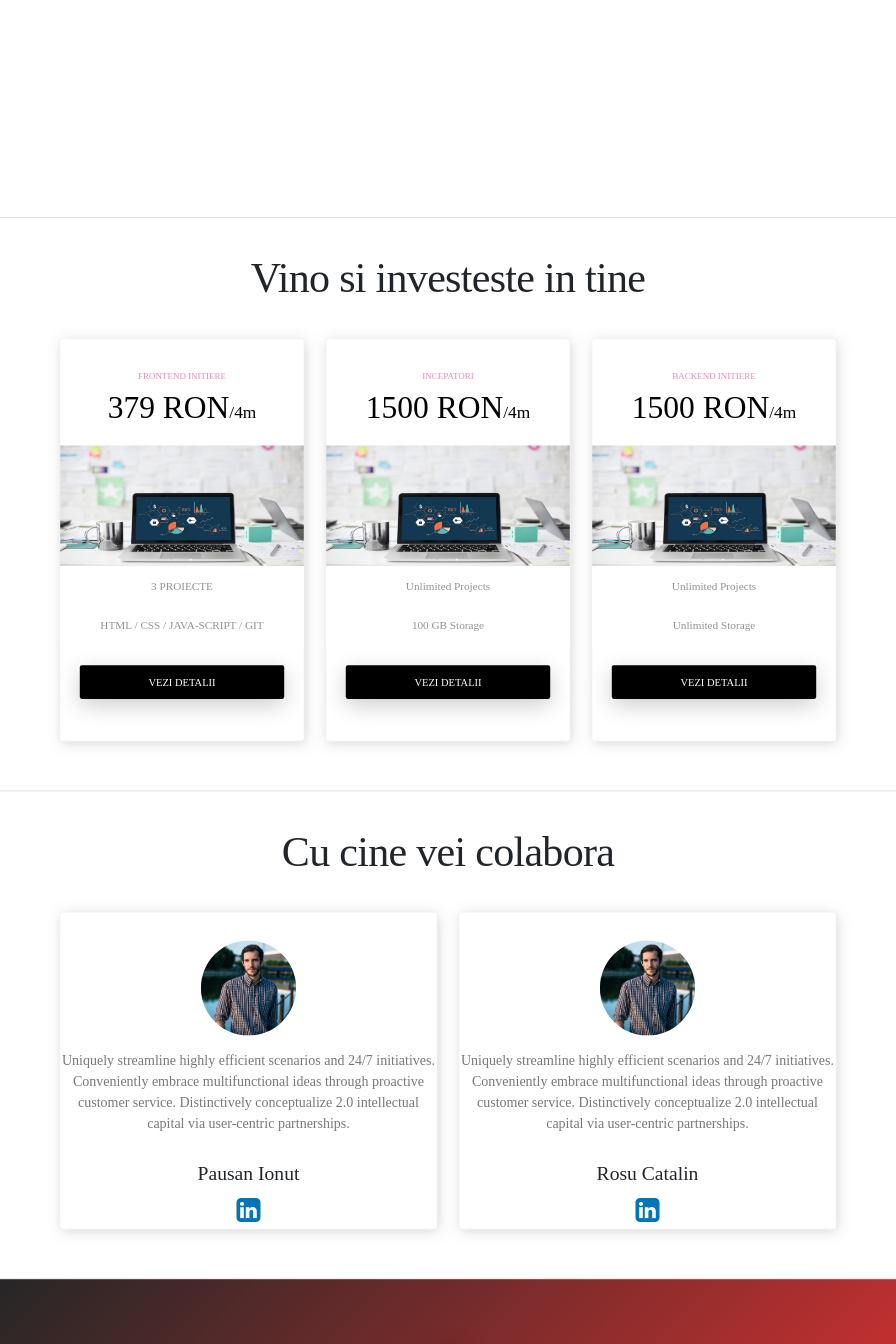
Repository: RosuCatalinDorin/ITSchool
Page: home-page/index.html
The author's editor kept a copy of each file at every save. The page is drawn from the files as they stood at one save, then again after the next save.
The browser window is 1280 px wide. The pictures show the part of the page from y = 649 to 2569 px (the page is 3556 px tall before and 3496 px after), at 70% of full size.
Some web libraries are served in a nearby version.

Above is the page before, as saved 2019-03-13 19:06:44.

### home-page/index.html
<!doctype html>
<html lang="en">


<head>
    <title>Speak Programming</title>
    <!-- Required meta tags -->
    <meta charset="utf-8">
    <meta name="viewport" content="width=device-width, initial-scale=1, shrink-to-fit=no">
    <meta name="description" content="Mobland - Mobile App Landing Page Template">
    <meta name="keywords" content="HTML5, bootstrap, mobile, app, landing, ios, android, responsive">
    <!-- Font -->

    <link rel="dns-prefetch" href="//fonts.googleapis.com">
     <!-- Bootstrap CSS -->
    <link rel="stylesheet" href="../css/bootstrap.min.css">
    <!-- Themify Icons -->
    <link rel="stylesheet" href="../css/themify-icons.css">
    <!-- Owl carousel -->
    <link rel="stylesheet" href="../css/owl.carousel.min.css">
    <link rel="stylesheet" href="../css/teamStyle.css">
    <link rel="stylesheet" href="../detaliiCurs/css/detalii-curs.css">
    <link rel="stylesheet" href="./home.css">



    <link rel="stylesheet" href="https://maxcdn.bootstrapcdn.com/font-awesome/4.5.0/css/font-awesome.min.css">

    <!-- Main css -->
    <link href="../css/style.css" rel="stylesheet">
    <link rel="shortcut icon" href="../images/partea_de_susLogo.png"/>
    <!-- jQuery and Bootstrap -->
    <script src="../js/jquery-3.2.1.min.js"></script>
    <script src="../js/bootstrap.bundle.min.js"></script>
    <!-- Plugins JS -->
    <script src="../js/owl.carousel.min.js"></script>
    <!-- Custom JS -->
    <script src="../js/script.js"></script>
    <script src="../js/fbLogin.js"></script>

</head>

<body data-spy="scroll" data-target="#navbar" data-offset="30">

    <!-- NAV BAR START-->
    <div class="nav-menu fixed-top">
        <div class="container">
            <div class="row">
                <div class="col-md-12">
                    <nav class="navbar navbar-dark navbar-expand-lg">
                        <a class="navbar-brand" href="index.html"><img src="../images/partea_de_susLogo.png" height="43" width="43" class="img-fluid" alt="logo"></a> <button class="navbar-toggler" type="button" data-toggle="collapse" data-target="#navbar" aria-controls="navbar" aria-expanded="false" aria-label="Toggle navigation"> <span class="navbar-toggler-icon"></span> </button>
                        <div class="collapse navbar-collapse" id="navbar">
                            <ul class="navbar-nav ml-auto">
                                <li class="nav-item"> <a class="nav-link active" href="#home">HOME <span class="sr-only">(current)</span></a> </li>
                                <li class="nav-item"> <a class="nav-link" href="#cursuri">CURSURI</a> </li>
                                <li class="nav-item"> <a class="nav-link" href="#aboutUS">DESPRE NOI</a> </li>
                                <li class="nav-item"> <a class="nav-link" href="#contact">CONTACT</a> </li>
                            </ul>
                        </div>
                    </nav>
                </div>
              </div>
         </div>
    </div>
<!-- NAV BAR END -->
    <!-- START HEADER -->
    <header  id="home" class="home-header">
        <div class="container mt-5">
            <h1 class="textClass"> Mesaj 1 (eu zic moto)</h1>
        </div>
        <div class="img-holder mt-3"><img src="../images/logo_partea_deJos.png" alt="phone" class="img-fluid">
            <p class="textClass">Mesaj 2 De ce am creat asta? O intrebare de genu</p>
        </div>
    </header>

    <!-- END HEADER -->

    <!-- SECTIUNE DESPRE NOI START -->

    <!-- DESPRE NOI END -->

<!-- SECTIUNE CURSURI START -->
    <div class="section section-home-curs" id="cursuri">
        <div class="container">
            <h1 class="text-center home-main-header">Vino si investeste in tine</h1>
            <div class="card-deck">
                <div class="card pricing">
                    <div class="card-head">
                        <small class="text-primary">FRONTEND INITIERE</small>
                        <span class="price">379 RON<sub>/4m</sub></span>
                    </div>
                    <div class="course-image-container">
                    </div>
                    <ul class="list-group list-group-flush">
                        <div class="list-group-item">3 PROIECTE</div>
                        <div class="list-group-item">HTML / CSS / JAVA-SCRIPT / GIT</div>
                    </ul>
                    <div class="card-body">
                        <a href="screens/curs.html" class="btn btn-primary btn-lg btn-block">Vezi detalii</a>
                    </div>
                </div>
                <div class="card pricing">
                    <div class="card-head">
                        <small class="text-primary">INCEPATORI</small>
                        <span class="price">1500 RON<sub>/4m</sub></span>
                    </div>
                    <div class="course-image-container">
                        </div>
                    <ul class="list-group list-group-flush">
                        <div class="list-group-item">Unlimited Projects</div>
                        <div class="list-group-item">100 GB Storage</div>
                    </ul>
                    <div class="card-body">
                        <a href="screens/curs.html" class="btn btn-primary btn-lg btn-block">Vezi detalii</a>
                    </div>
                </div>
                <div class="card pricing">
                    <div class="card-head">
                        <small class="text-primary">BACKEND INITIERE</small>
                        <span class="price">1500 RON<sub>/4m</sub></span>
                    </div>
                    <div class="course-image-container">
                        </div>
                    <ul class="list-group list-group-flush">
                        <div class="list-group-item">Unlimited Projects</div>
                        <div class="list-group-item">Unlimited Storage</div>
                    </ul>
                    <div class="card-body">
                        <a href="screens/curs.html" class="btn btn-primary btn-lg btn-block">Vezi detalii</a>
                    </div>
                </div>
            </div>
        </div>
    </div>
<!-- SECTIUNE CURSURI END -->


<!-- SECTIUNE TRAINER START-->

<div class="section section-home-trainer">
        <div class="container">
                <h1 class="text-center home-main-header">Cu cine vei colabora</h1>
                <div class="card-deck">
                    <div class="card pricing">
                        <div class="card-head">
                            <img src="../images/pozaIonutPausan.jpg" class="rounded-circle" alt="Cinque Terre" width="136" height="136">
                        </div>
                        <blockquote class="blockquote text-center">Uniquely streamline highly efficient scenarios and 24/7 initiatives. Conveniently embrace multifunctional ideas through proactive customer service. Distinctively conceptualize 2.0 intellectual capital via user-centric partnerships.</blockquote>
                        <ul class="list-group list-group-flush">
                            <h5 class="mt-4 mb-2 text-center">Pausan Ionut</h5>
                            <a target="_blank" href="https://www.linkedin.com/in/ionut-adrian-pausan-3a7300137/" class="btn"> <i class="fa fa-linkedin-square" style="font-size:40px; color:#0077B5"></i>  </a>
                        </ul>
                    </div>
                    <div class="card pricing">
                            <div class="card-head">
                                <img src="../images/pozaIonutPausan.jpg" class="rounded-circle" alt="Cinque Terre" width="136" height="136">
                            </div>
                            <blockquote class="blockquote text-center ">Uniquely streamline highly efficient scenarios and 24/7 initiatives. Conveniently embrace multifunctional ideas through proactive customer service. Distinctively conceptualize 2.0 intellectual capital via user-centric partnerships.</blockquote>
                            <ul class="list-group list-group-flush">
                                <h5 class="mt-4 mb-2 text-center">Rosu Catalin</h5>
                                <a target="_blank" href="https://www.linkedin.com/in/ro%C8%99u-c%C4%83t%C4%83lin-dorin-872322112/" class="btn"> <i class="fa fa-linkedin-square" style="font-size:40px; color:#0077B5"></i>  </a>
                            </ul>
                        </div>
                </div>
            </div>
</div>

<!-- SECTIUNE TRAINER END -->

    <div class="section bg-gradient" id ="aboutUS">
        <div class="container">
            <div class="call-to-action">
                <div class="box-icon"><span class="ti-mobile gradient-fill ti-3x"></span></div>
                <h2>Download Anywhere</h2>
                <p class="tagline">Available for all major mobile and desktop platforms. Rapidiously visualize optimal ROI rather than enterprise-wide methods of empowerment. </p>
                <div class="my-4">
                    <a href="#" class="btn btn-light"><img src="../images/appleicon.png" alt="icon"> App Store</a>
                    <a href="#" class="btn btn-light"><img src="../images/playicon.png" alt="icon"> Google play</a>
                </div>
                <p class="text-primary"><small><i>*Works on iOS 10.0.5+, Android Kitkat and above. </i></small></p>
            </div>
        </div>
    </div>


    <!-- START FOOTER -->
    <footer class="footer">
            <div class="footer-container">
                <div class="footer-row">
                    <div class="social-media">
                        <h1>Contacteaza-ne pe:</h1>
                        <p class="social-media-paragraph">Speak programming:
                            <span>contact@speakprogramming.ro</span>
                        </p>
                        <p class="social-media-paragraph">Facebook:
                            <span>contact@speakprogramming.ro</span>
                        </p>
                        <div class="social-media-icons">
                        </div>
                        <p>Adresa</p>
                    </div>

                    <div class="contact-form">
                        <h1>Email us:</h1>
                        <label for="email">Email</label>
                        <input type="text" name="email" value="" class="form-control input-lg input-space" placeholder="Your Email"/>

                        <label for="mesaj">Scrie-ne un mesaj</label>
                        <textarea type="text" name="mesaj" value="" class="input-space form-control input-lg" placeholder="Mesaj..."/></textarea>
                        <button class="btn submit-button-footer">Submit</button>
                    </div>
                </div>
                <p class="copyright-message text-center"><small>COPYRIGHT © 2017. ALL RIGHTS RESERVED BY <a href="">SPEAK PROGRAMMING</a></small></p>
            </div>
        </footer>
</body>

</html>

### css/teamStyle.css
.divNewTeam{
    border: 1px solid #f1eef1;
    width: 30%;
    border-radius: 3%;
}
.contentTem{
    display: flex;
}
@media only screen and (max-width: 600px){
    .contentTem{
        display: block;
        margin-top: 50px;
    }
}

### detaliiCurs/css/detalii-curs.css
/* Header start */
.header-detalii-curs {
    background-image: url("../../images/headerbk.jpg");
    background-repeat: no-repeat;
    background-size: cover;
    padding-bottom:25px;
    margin-top: 40px;
    height: 400px;
    display: flex;
    flex-direction: column;
    justify-content: center;
}

.detalii-curs-titlu{
    font-size: 45px;
    margin-bottom: 30px;
}

.detalii-curs-motto{
    font-size: 25px;
    margin-bottom: 30px;
}

.enroll-header-btn{
    font-size: 15px;
}
.enroll-header-btn a {
    color: #FFF;
}

.enroll-header-btn:hover {
    background: #e5003c;
    cursor: pointer;
    border: 1px solid transparent;
    font-size: 16px;
}

.container-detalii-curs {
    text-align: center;
}

.detalii-curs-button-container{
    margin-bottom: 30px;
}
/* Header ends */

/* Info curs container start */
.curs-container {
    width: 100%;
    background: #f9f9f9;
    padding-bottom:40px;
}
.info-curs-container {
    width: 70%;
    margin: auto;
}

.info-title{
    padding-top: 55px;
    padding-bottom: 50px;
    height: auto;
}

.detalii-curs-motto {
    color: black;
}

.info-title h2{
    text-align: center;
}

    /* DETALII CURS -START */
.info-curs-detalii{
    display: flex;
    justify-content: space-between;
    margin-bottom: 30px;
}

.informatii-curs-sumar{
    width: 25%;
    -webkit-box-shadow: 2px 3px 18px -2px rgba(186,186,186,0.68);
    -moz-box-shadow: 2px 3px 18px -2px rgba(186,186,186,0.68);
    box-shadow: 2px 3px 18px -2px rgba(186,186,186,0.68);
    border-radius: 3%;
    background: #fff;
    border: 1px solid #f1eef1;
}

.informatii-curs-sumar h3 {
    text-align: center;
    color: black;
    padding:20px 0;
}

.informatii-curs-row{
    /* font size-font-style */
    display: flex;
}

.row-first-elem{
    font-weight: bold;
    width: 30%;
    padding-left: 10%;
}

.row-second-elem {
    width:60%;
    text-align: start;
    padding-left: 20%;
  }

.trainer-linkedin{
    display: flex;
    justify-content: space-between;
}
/* DETALII CURS -END */

/* DESCRIERE CURS START */
.descriere-curs{
    width: 60%;
}

.descriere-curs h4{
    font-weight: bold;
}

.descriere-cui-se-adreseaza{
    padding-bottom: 20px;
}

.descriere-cui-se-adreseaza h4{
    color: black;
    padding-bottom: 10px;
}

/* DESCRIERE CURS ENDS */

/* Info curs container ends */


/* PROGRAMA CURS START */

.programa-curs{
    margin: auto;
    width: 70%;
    justify-content: space-between;
    padding-bottom: 50px;
}

.detalii-programa {
    width: 100%;
    display: flex;
    justify-content: space-between;
}

.programa-curs-row{
    width: 25%;
    color: black;
    -webkit-box-shadow: 2px 3px 18px -2px rgba(186,186,186,0.68);
    -moz-box-shadow: 2px 3px 18px -2px rgba(186,186,186,0.68);
    box-shadow: 2px 3px 18px -2px rgba(186,186,186,0.68);
    border-radius: 3%;
    border: 1px solid #f1eef1;
}

.programa-curs-header {
    padding-top: 20px;
    display: flex;
    color:black;
    width:80%;
    margin: auto;
    justify-content: center;
}

.programa-curs-header h4{
    padding: 20px 0;
    font-weight: bold;
    color: black;
}

.programa-curs-header i {
    padding:25px 0 0 15px;
}


.lista-programa-curs{
    width: 90%;
    margin: auto;
    padding-bottom: 10px;
}

.lista-programa-curs li {
    padding-top: 10px;
    padding-bottom: 10px;
}

.web-basics{
    display: flex;
}

.web-basics li {
    width: 50%;
}

.web-basics div{
    padding-top: 10px;
}


/* PROGRAMA CURS ENDS */

/* DESCRIERE TRAINER START */
.trainer-section{
    position: relative;
    background:black;
    width: 100%;
    border-bottom: 2px solid lightgray;
    padding-bottom: 70px;
}

.descriere-trainer {
    width:70%;
    margin: auto;
    color: white;
}

.descriere-trainer h2,h3,h4{
    color:white;
}

.info-title span{
    color: #e5003c
}

.trainer-row {
    margin-top: 40px;
    display: flex;
    justify-content: space-between;
}

.trainer-profile{
    width:30%;
}

.trainer-delimitator {
    height: 1px;
    width: 100%;
    background: #959094;
    position: absolute;
    top:57%;
    left: 0;
    z-index:33;
    margin:auto;
}

.trainer-description{
    width: 60%;
}

.trainer-description p{
    color: #959094
}

.trainer-image-container{
    width: 34%;
    margin: auto;
    margin-bottom: 20px;
}

.trainer-image {
    border-radius:50%;
    margin:auto;
    width: 136px;
    height: 136px;
}

.trainer-name{
    width:50%;
    margin: auto;
    margin-bottom: 20px;
}

.trainer-name h3{
    text-align: center;
}

.trainer-description h4,p{
    padding-bottom: 10px;
}

.trainer-short-description span{
    padding-right: 5%;
}

.marketing-section-part1{
    height: 50%;
}

.marketing-section-part1 h1{
    font-size: 50px;
    text-align: center;
    padding: 15% 0 20px 0;
}

.marketing-section-part1 h3{
    color: black;
    text-align: center;
    padding: 40px 0 20px 0;
}

.img-container{
    display: flex;
    justify-content: space-around;
    padding-top: 15%;
}

.marketing-image-container {
    width: 25%;
}

.marketing-image-container img {
    width: 90%;
    height: 90%;
}

/* DESCRIERE TRAINER ENDS */

/* INSCRIERE CURS START */

.inscriere-curs-section {
    padding-bottom: 50px;
}

.inscriere-curs-container{
    display: flex;
    width: 70%;
    margin: auto;
}

.inscriere-marketing-section{
    background-image: url("../../images/bau.jpg");
    background-size: cover;
    width:49%;
    background-color: lightgrey;
    height:auto;
    display: flex;
    flex-direction: column;
}

.inscriere-form-container{
    width:49%;
}

.formular-inscriere{
    width: 90%;
    margin:0 auto;
}

.input-space{
    margin-bottom: 20px;
}

.termeni-conditii{
    display: flex;
    margin-bottom: 20px;
}

.checkbox{
    width: 2%;
    margin-top: 5px;
    margin-right:10px;
}

form label{
    font-weight:bold;
}

.enroll-btn {
    background-color: black!important;
    font-size: 20px;
}

.enroll-btn:hover {
    cursor: pointer;
    background-color: #e5003c!important;
}
/* INSCRIERE CURS END */

/* FOOTER START */

.footer {
    padding-top: 40px;
    background-color: black;
}

.footer-container {
    width: 70%;
    margin: auto;
    color: white;
}

.footer-row {
    padding-bottom: 40px;
    display: flex;
    justify-content: space-between;
}

.social-media, .contact-form {
    width: 45%;
    padding: 0 15px;
}

.contact-form textarea{
    margin-bottom: 35px;
}


.copyright-message {
    width: 100%;
    margin: auto;
}
.copyright-message a{
    color: #e5003c;
}

.social-media-paragraph{
    text-align: left;
    color: white;
}

.social-media-paragraph span{
    color: #959094;
}

.submit-button-footer {
    height: 45px;
    color: white;
    font-size: 17px!important;
    width: 50%;
    background-color: #e5003c!important;
    float: right;
    box-shadow: 0px 9px 32px 0px rgba(0, 0, 0, 0.2);
    text-transform: uppercase;
}

.submit-button-footer:hover {
    cursor: pointer;
    background-color: #be0b23e5!important;
    transition: all 0.3s ease;
}

.footer-links {
    margin: auto;
}

/* FOOTER END */

### home-page/home.css
.card{
    -webkit-box-shadow: 2px 3px 18px -2px rgba(186,186,186,0.68);
    -moz-box-shadow: 2px 3px 18px -2px rgba(186,186,186,0.68);
    box-shadow: 2px 3px 18px -2px rgba(186,186,186,0.68);
}

.course-image-container {
    width: 100%;
    height: 30%;
    content: url("../images/headerbk.jpg");
}

.home-main-header{
    margin-bottom: 50px;
}

.section-home-trainer{
    border-bottom:1px solid #dad9d9;
}

.section-home-curs {
    border-bottom:1px solid #dad9d9;
}

.home-header {
    border-bottom:1px solid #dad9d9;
    height: 960px;
}

Loaded but not shown: css/bootstrap.min.css (library); css/themify-icons.css (common file); css/owl.carousel.min.css (library); js/jquery-3.2.1.min.js (library); js/bootstrap.bundle.min.js (library); js/owl.carousel.min.js (library); js/script.js (112 lines, source omitted); js/fbLogin.js (68 lines, source omitted); css/style.css (697 lines, source omitted)

After the next save:
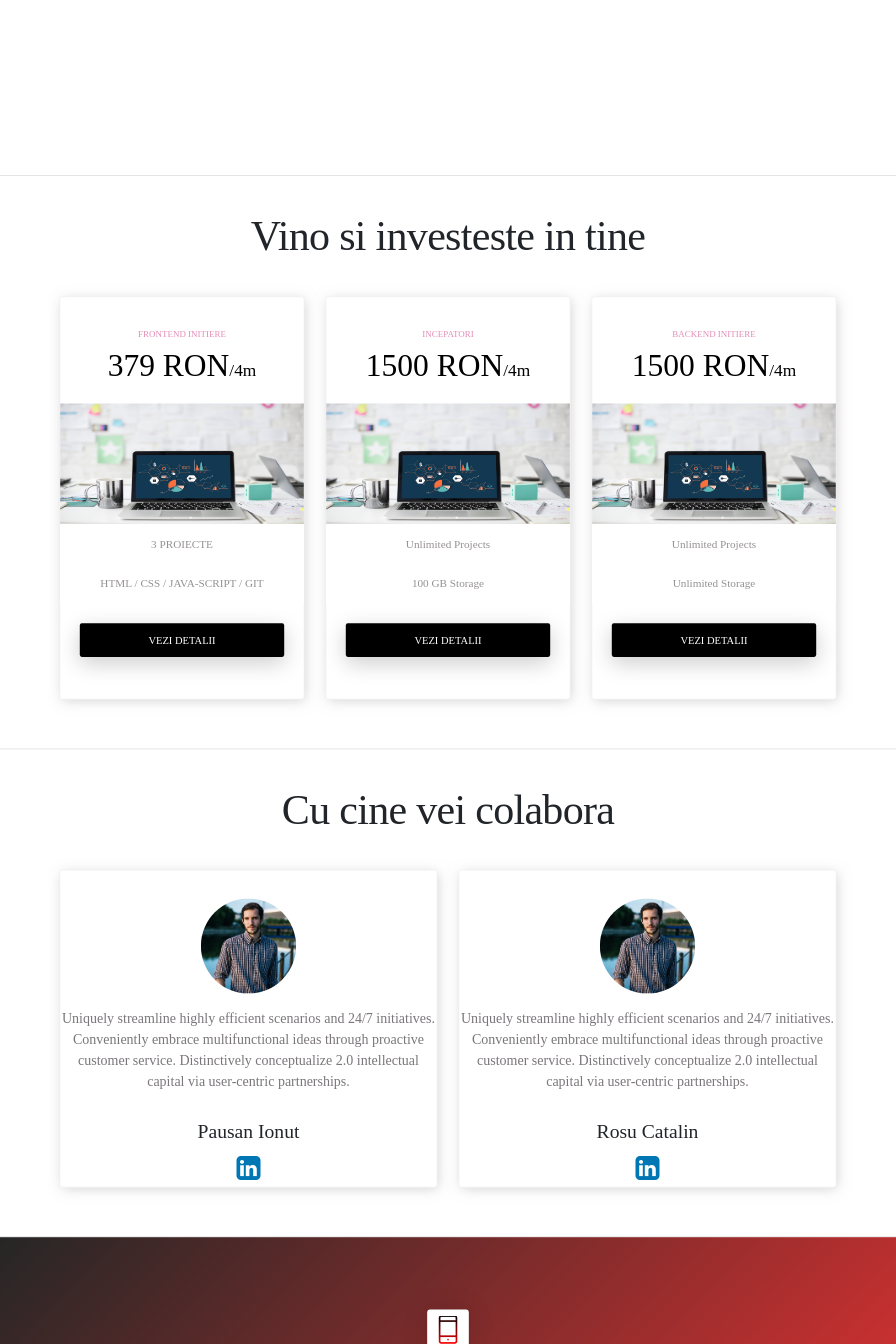
Saved 8 s later.
--- a/home-page/home.css
+++ b/home-page/home.css
@@ -24,5 +24,5 @@
 
 .home-header {
     border-bottom:1px solid #dad9d9;
-    height: 960px;
+    height: 900px;
 }

After the save that followed:
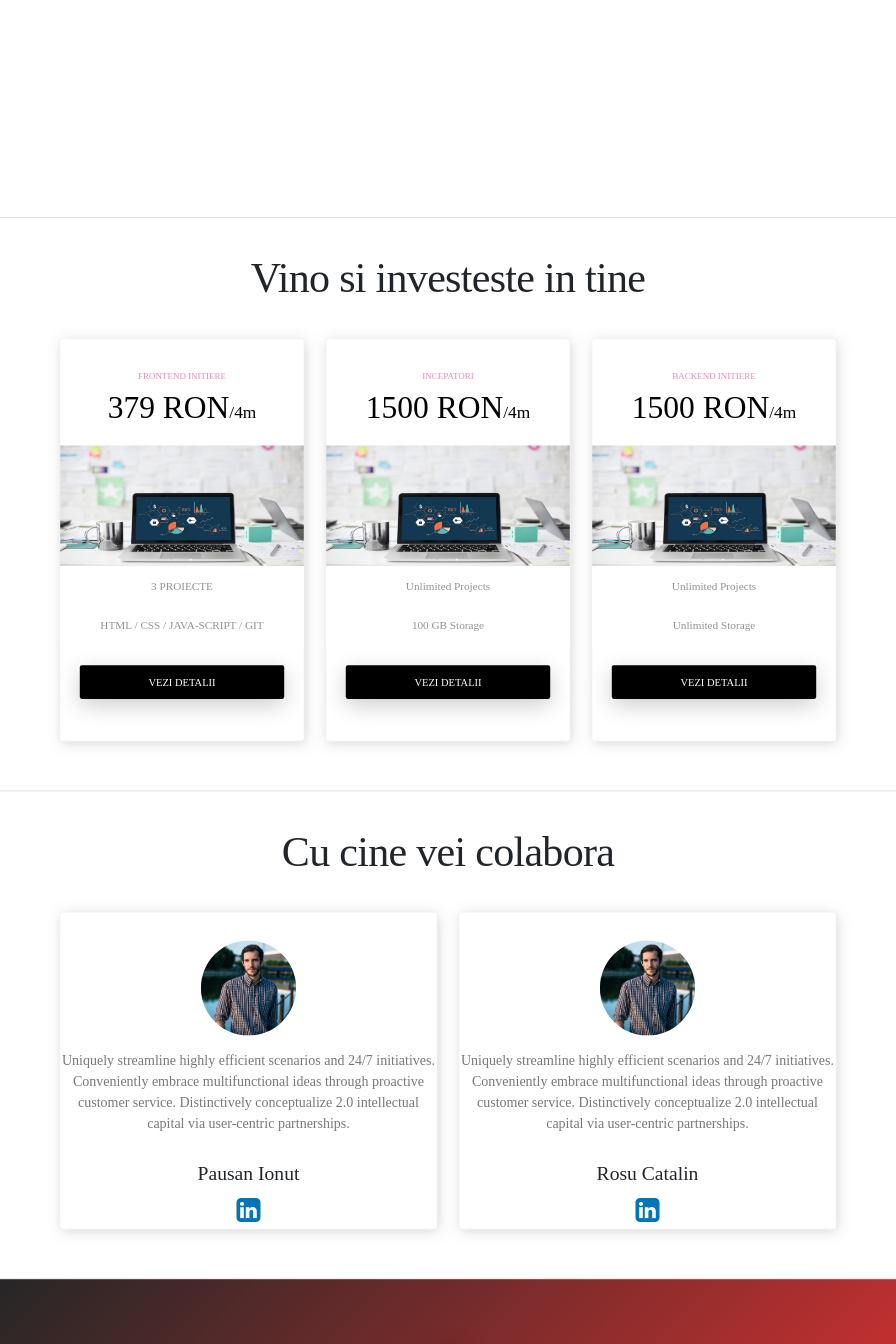
Saved 18 s later.
--- a/home-page/home.css
+++ b/home-page/home.css
@@ -24,5 +24,5 @@
 
 .home-header {
     border-bottom:1px solid #dad9d9;
-    height: 900px;
+    height: 960px;
 }
